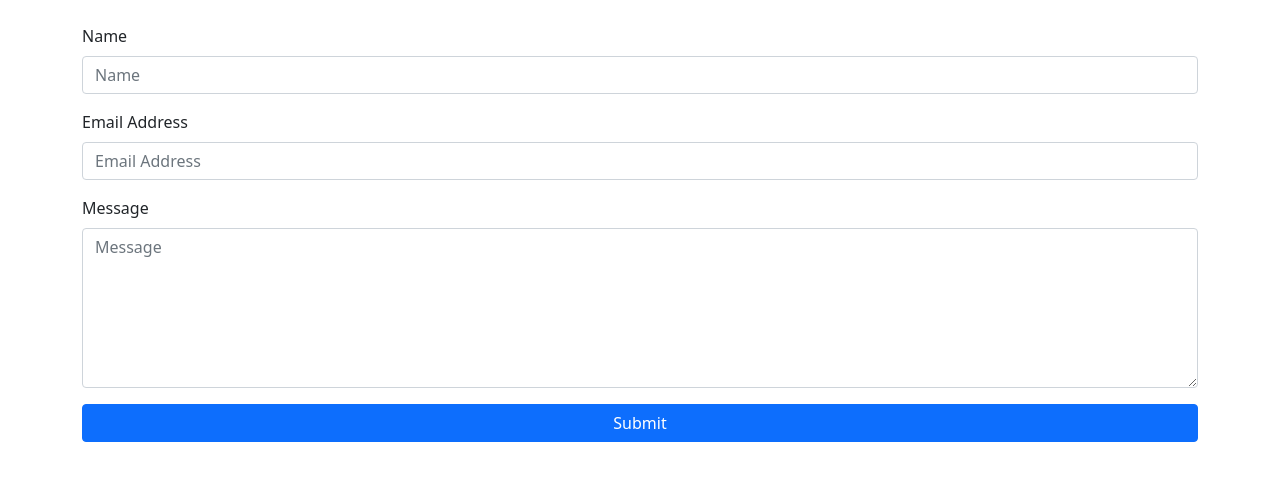
Repository: ahamie71/myfolio
Page: http://localhost/contact.php
The author's editor kept a copy of each file at every save. The page is drawn from the files as they stood at one save, then again after the next save.
The browser window is 1280 px wide. The pictures show the whole page.
The page is run by PHP 8.4 with error messages shown; the project is at /var/www/html/.

Above is the page before, as saved 2023-01-11 15:50:21.

### contact.php
<?php
if (isset($_POST['register'])) {

    if (isset($_POST['name']) && $_POST['email'] && $_POST['message']) {

        $name = $_POST['name'];
        $email = $_POST['email'];
        $message = $_POST['message'];

        $db = new PDO('mysql:host=localhost;dbname=portfeuille;charset=utf8', 'root', 'root');
        $req = $db->prepare("INSERT INTO user (name,email,message) VALUES (:name,:email,:message)");
        $req->execute(
            array(
                ':name' => $name,
                ':email' => $email,
                ':message' => $message,
            )

        );

        if ($req) {
            echo "hello";
        } else {
            echo "not good";
        }
    }
}

  if (isset($_GET['suc'])) {
    echo '<div class="alert alert-danger alert-dismissible fade show" role="alert">
   <strong>Ohh no Sorry </strong>your password is wrong
   </div>';
  }




?>
<!DOCTYPE html>
<html lang="en">

<head>
    <meta charset="UTF-8">
    <meta http-equiv="X-UA-Compatible" content="IE=edge">
    <link href="https://cdn.jsdelivr.net/npm/bootstrap@5.0.2/dist/css/bootstrap.min.css" rel="stylesheet"
        integrity="sha384-EVSTQN3/azprG1Anm3QDgpJLIm9Nao0Yz1ztcQTwFspd3yD65VohhpuuCOmLASjC" crossorigin="anonymous">
    <meta name="viewport" content="width=device-width, initial-scale=1.0">
    <title>Document</title>
</head>

<body>
    <div class="container py-4">

        <!-- Bootstrap 5 starter form -->
        <form id="contactForm" data-sb-form-api-token="API_TOKEN" action="contact.php" method="post">

            <!-- Name input -->
            <div class="mb-3">
                <label class="form-label" for="name">Name</label>
                <input class="form-control" id="name" type="text" placeholder="Name" data-sb-validations="required"
                    name="name" />
                <div class="invalid-feedback" data-sb-feedback="name:required">Name is required.</div>
            </div>

            <!-- Email address input -->
            <div class="mb-3">
                <label class="form-label" for="emailAddress">Email Address</label>
                <input class="form-control" id="emailAddress" type="email" placeholder="Email Address"
                    data-sb-validations="required, email" name="email" />
                <div class="invalid-feedback" data-sb-feedback="emailAddress:required">Email Address is required.</div>
                <div class="invalid-feedback" data-sb-feedback="emailAddress:email">Email Address Email is not valid.
                </div>
            </div>

            <!-- Message input -->
            <div class="mb-3">
                <label class="form-label" for="message">Message</label>
                <textarea class="form-control" id="message" type="text" placeholder="Message" style="height: 10rem;"
                    data-sb-validations="required" name="message"></textarea>
                <div class="invalid-feedback" data-sb-feedback="message:required">Message is required.</div>
            </div>

            <!-- Form submissions success message -->



            <!-- Form submit button -->
            <div class="d-grid">
                <button class="btn btn-primary " id="submitButton" type="submit"
                    name="register">Submit</button>
            </div>

        </form>

    </div>
    <script src="https://cdn.jsdelivr.net/npm/@popperjs/core@2.9.2/dist/umd/popper.min.js"
        integrity="sha384-IQsoLXl5PILFhosVNubq5LC7Qb9DXgDA9i+tQ8Zj3iwWAwPtgFTxbJ8NT4GN1R8p"
        crossorigin="anonymous"></script>
    <script src="https://cdn.jsdelivr.net/npm/bootstrap@5.0.2/dist/js/bootstrap.min.js"
        integrity="sha384-cVKIPhGWiC2Al4u+LWgxfKTRIcfu0JTxR+EQDz/bgldoEyl4H0zUF0QKbrJ0EcQF"
        crossorigin="anonymous"></script>
    <!-- SB Forms JS -->
    <script src="https://cdn.startbootstrap.com/sb-forms-latest.js"></script>
</body>

</html>

After the next save:
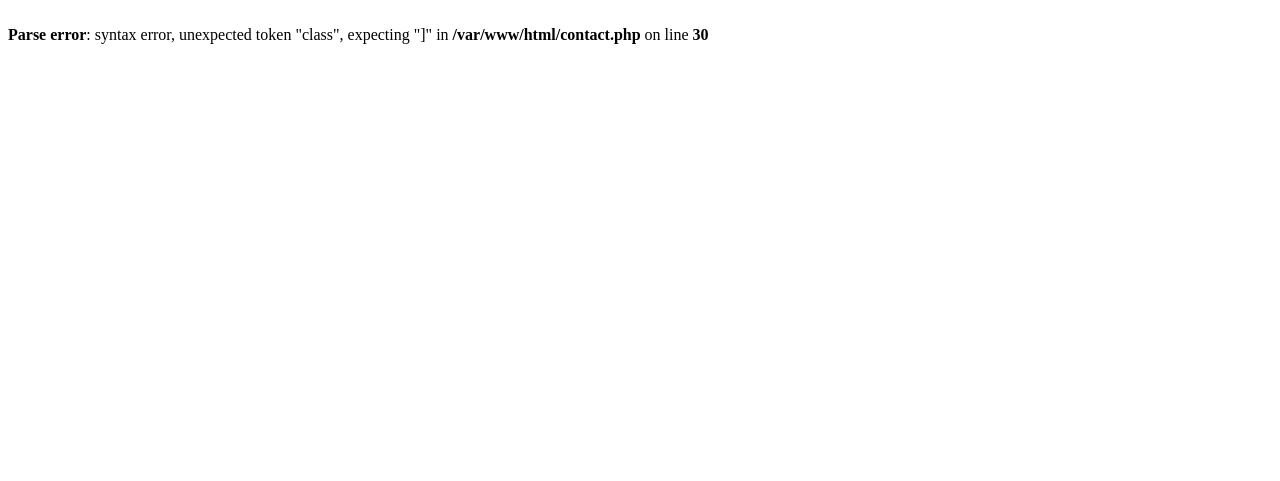
Saved 8 s later.
--- a/contact.php
+++ b/contact.php
@@ -26,7 +26,7 @@
     }
 }
 
-  if (isset($_GET['suc'])) {
+  if (isset($_GET['success']) && $_GET['success) {
     echo '<div class="alert alert-danger alert-dismissible fade show" role="alert">
    <strong>Ohh no Sorry </strong>your password is wrong
    </div>';

After the save that followed:
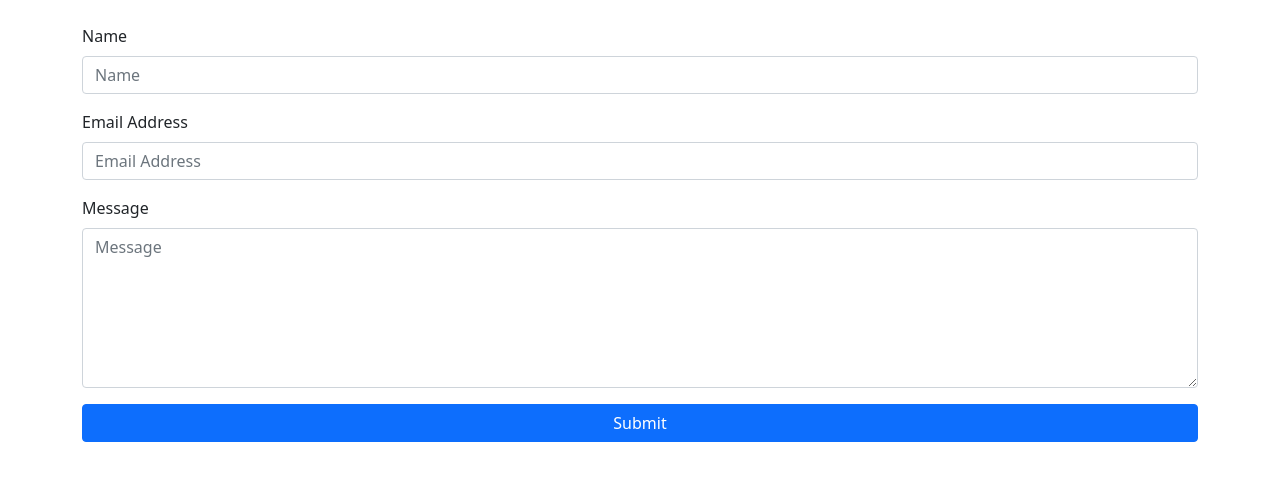
Saved 4 s later.
--- a/contact.php
+++ b/contact.php
@@ -26,7 +26,7 @@
     }
 }
 
-  if (isset($_GET['success']) && $_GET['success) {
+  if (isset($_GET['success'])) {
     echo '<div class="alert alert-danger alert-dismissible fade show" role="alert">
    <strong>Ohh no Sorry </strong>your password is wrong
    </div>';
